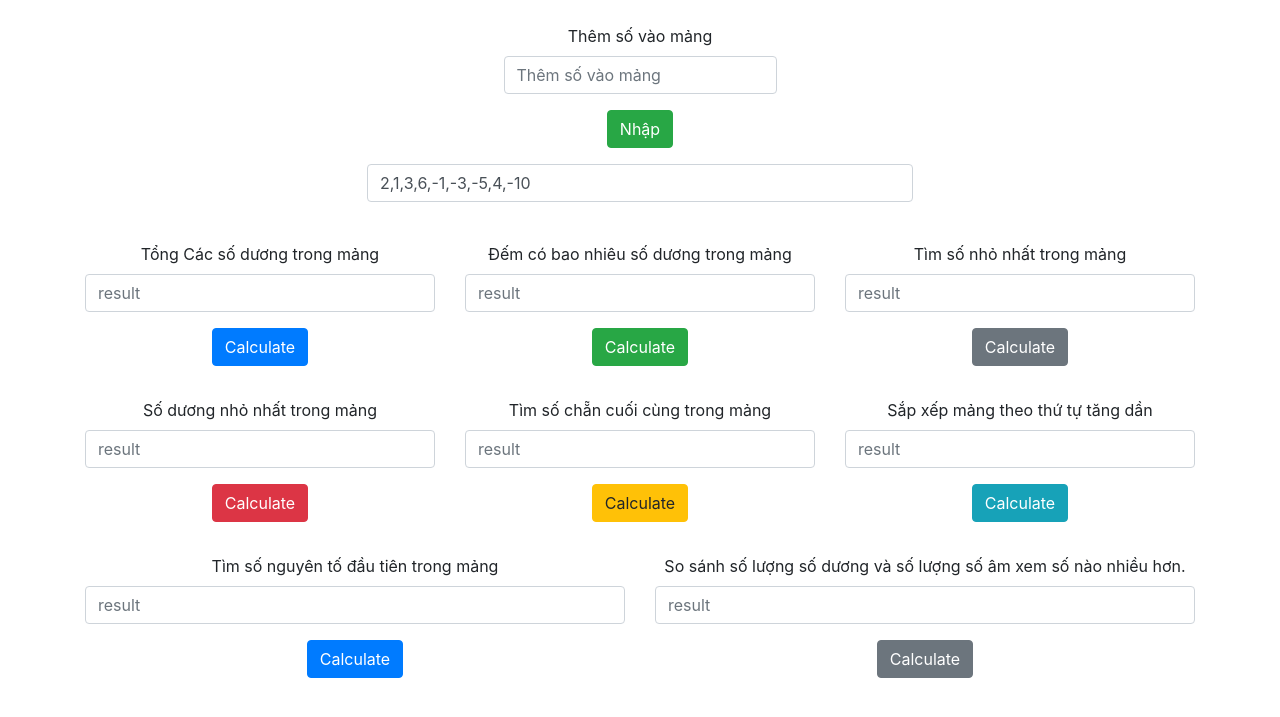
Repository: baobaodeveloper/bootcamp21__array__HuynhAnhBao
Page: index.html
These files come from the project's save history. The page is drawn as it stood at one moment and after the next save; the edit follows.
The browser window is 1280 px wide. The pictures show the whole page.

Above is the page before, as saved 2022-03-20 17:46:29.

After the next save:
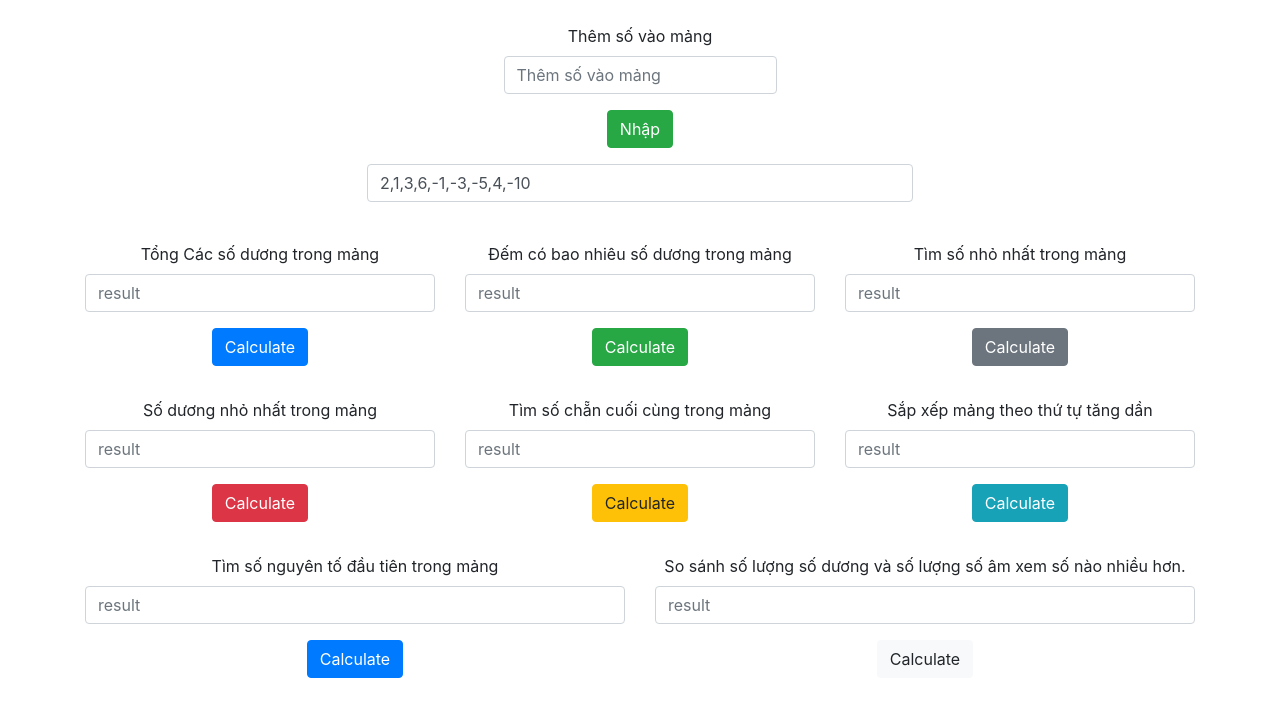
Saved 17 s later.
--- a/index.html
+++ b/index.html
@@ -157,7 +157,7 @@
             placeholder="result"
             id="result5"
           />
-          <button type="button" class="btn btn-secondary m-3" id="even-end">
+          <button type="button" class="btn btn-light m-3" id="even-end">
             Calculate
           </button>
         </div>
